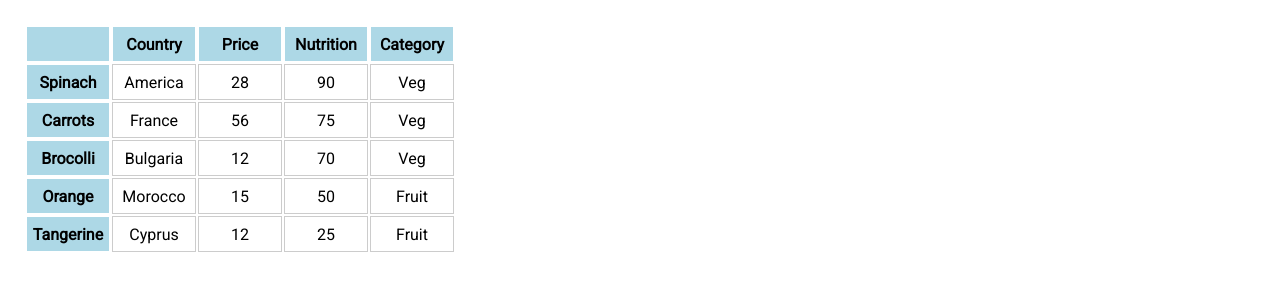
Repository: robibrutoczki/table
Page: Table.html
The author's editor kept a record of every edit. The page is drawn from the files as they stood at one moment, then again after the next edit.
The browser window is 1280 px wide. The pictures show the whole page.

Above is the page before.
Not found: ..js/my_script.js

### Table.html
<!DOCTYPE html>
<html lang="en">
<head>
  <meta charset="UTF-8">
  <title>Table</title>
  <link href='https://fonts.googleapis.com/css?family=Roboto' rel='stylesheet' type='text/css'>
 <link rel="stylesheet" href="/style.css" type="text/css" />


</head>
<body>
  <table>
    <tr>
      <th></th>
      <th>Country</th>
      <th>Price</th>
      <th>Nutrition</th>
      <th>Category</th>
    </tr>
    <tr>
      <th>Spinach</th>
      <td>America</td>
      <td>28</td>
      <td>90</td>
      <td>Veg</td>
    </tr>
    <tr>
      <th>Carrots</th>
      <td>France</td>
      <td>56</td>
      <td>75</td>
      <td>Veg</td>
    </tr>
    <tr>
      <th>Brocolli</th>
      <td>Bulgaria</td>
      <td>12</td>
      <td>70</td>
      <td>Veg</td>
    </tr>
    <tr>
      <th>Orange</th>
      <td>Morocco</td>
      <td>15</td>
      <td>50</td>
      <td>Fruit</td>
    </tr>
    <tr>
      <th>Tangerine</th>
      <td>Cyprus</td>
      <td>12</td>
      <td>25</td>
      <td>Fruit</td>
    </tr>
  </table>
   <script type="text/javascript" src="/js/jquery-3.4.1.min.js"></script>
  <script type="text/javascript" src="..js/my_script.js"></script>

</body>
</html>

### style.css

    td, th {
      width: 5rem;
      height: 2rem;
      border: 1px solid #ccc;
      text-align: center;
    }
    th {
      background: lightblue;
      border-color: white;
    }
    body {
      padding: 1rem;
      font-family: Roboto;
    }
    .odd{
      background-color: #E84610;
    }
    .even {
      background-color: #C65353;
    }

### js/my_script.js
jQuery(document).ready(function() {
$("tr:odd").addClass("odd");
$("tr:even").addClass("even");
});

Loaded but not shown: js/jquery-3.4.1.min.js (library)

After the next edit:
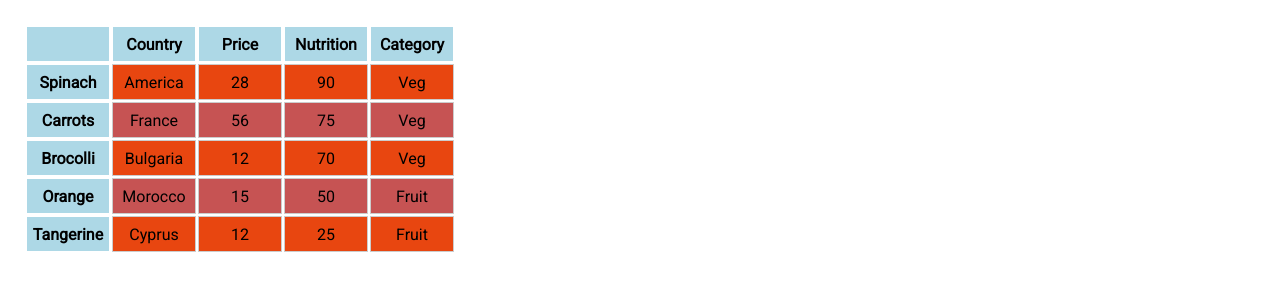
The edit:
--- a/Table.html
+++ b/Table.html
@@ -54,7 +54,7 @@
     </tr>
   </table>
    <script type="text/javascript" src="/js/jquery-3.4.1.min.js"></script>
-  <script type="text/javascript" src="..js/my_script.js"></script>
+  <script type="text/javascript" src="/js/my_script.js"></script>
 
 </body>
 </html>
